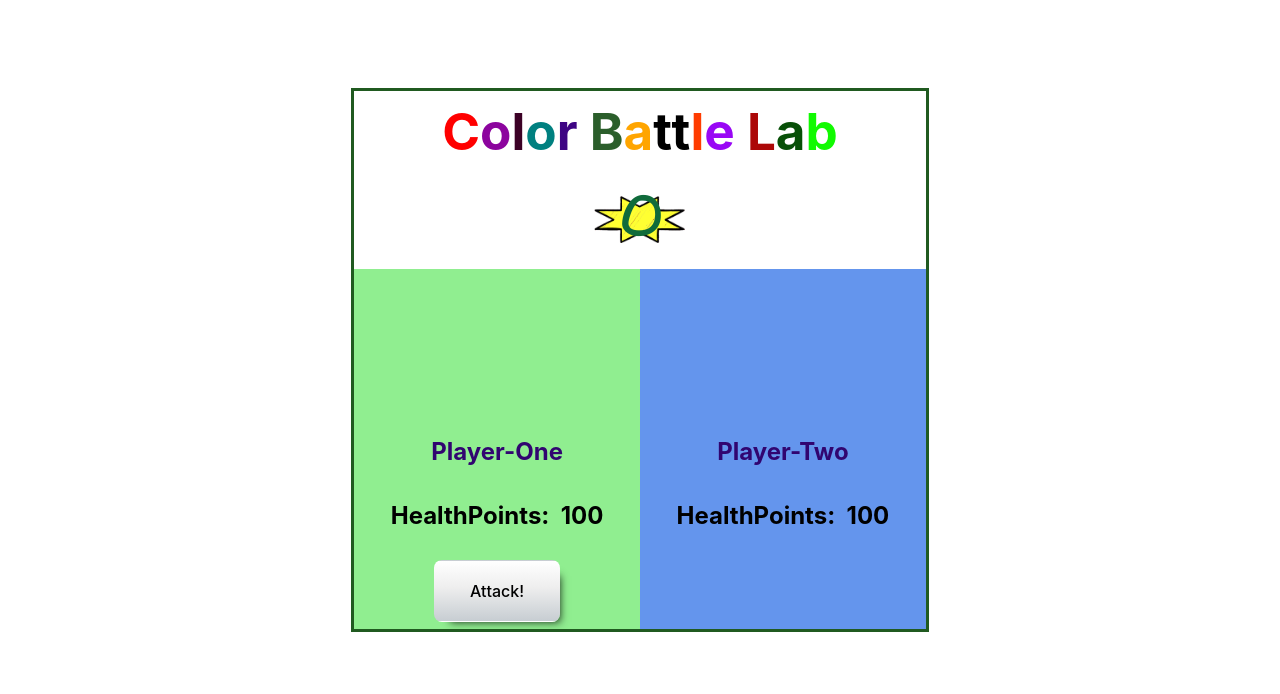
Repository: RAWdevX21/color-battle_lab-build
Page: /
These files come from the project's save history. The page is drawn as it stood at one moment and after the next save; the edit follows.
The browser window is 1280 px wide. The pictures show the whole page.
Some web fonts or font styles are not loaded; a fallback is used. The project was rebuilt for these pictures with package versions that can differ from the ones it lists, and the page was loaded fresh each time. Also part of the build but not shown: vite.config.js.

Above is the page before, as saved 2023-08-17 09:34:51.

After the next save:
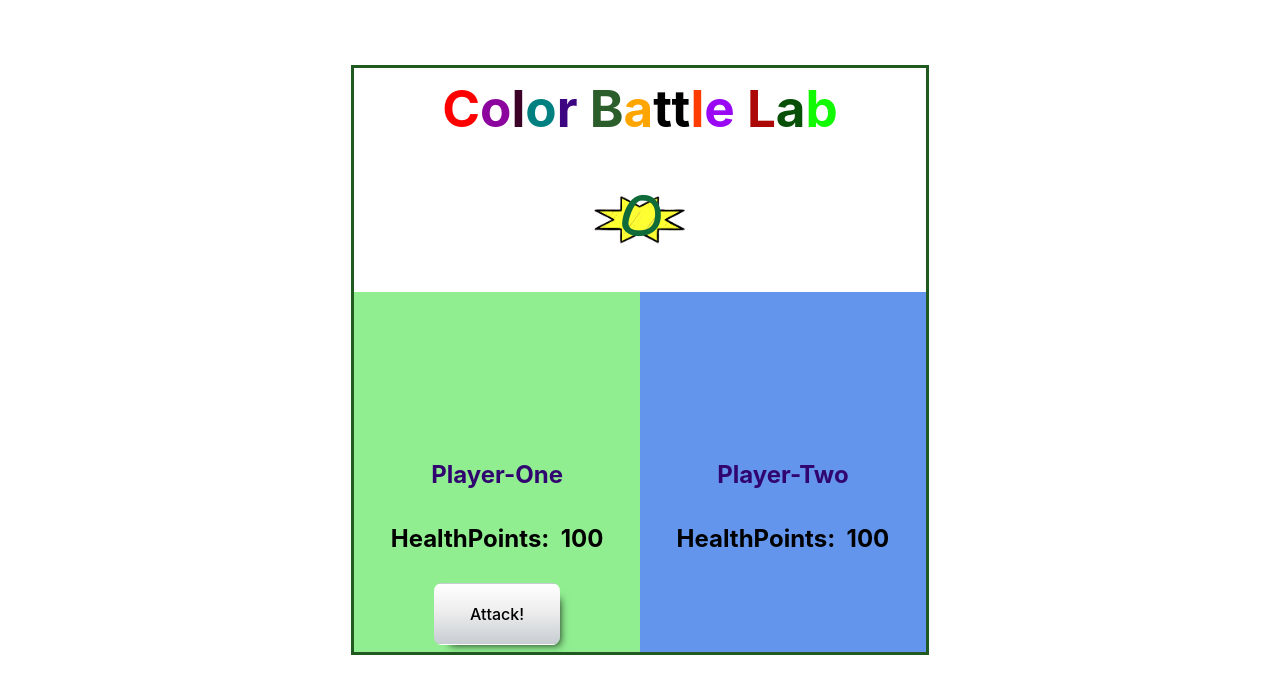
Saved 15 s later.
--- a/src/Components/Die.css
+++ b/src/Components/Die.css
@@ -1,8 +1,7 @@
 .die-container {
     font-family: 'Short Stack', 'Architects Daughter', 'Tillana', cursive;
     color: rgb(16, 107, 59);
-    /* width: 50px; */
-    height: 50px;
+    /* height: 50px; */
     display: flex;
     align-items: center;
     justify-content: center;
